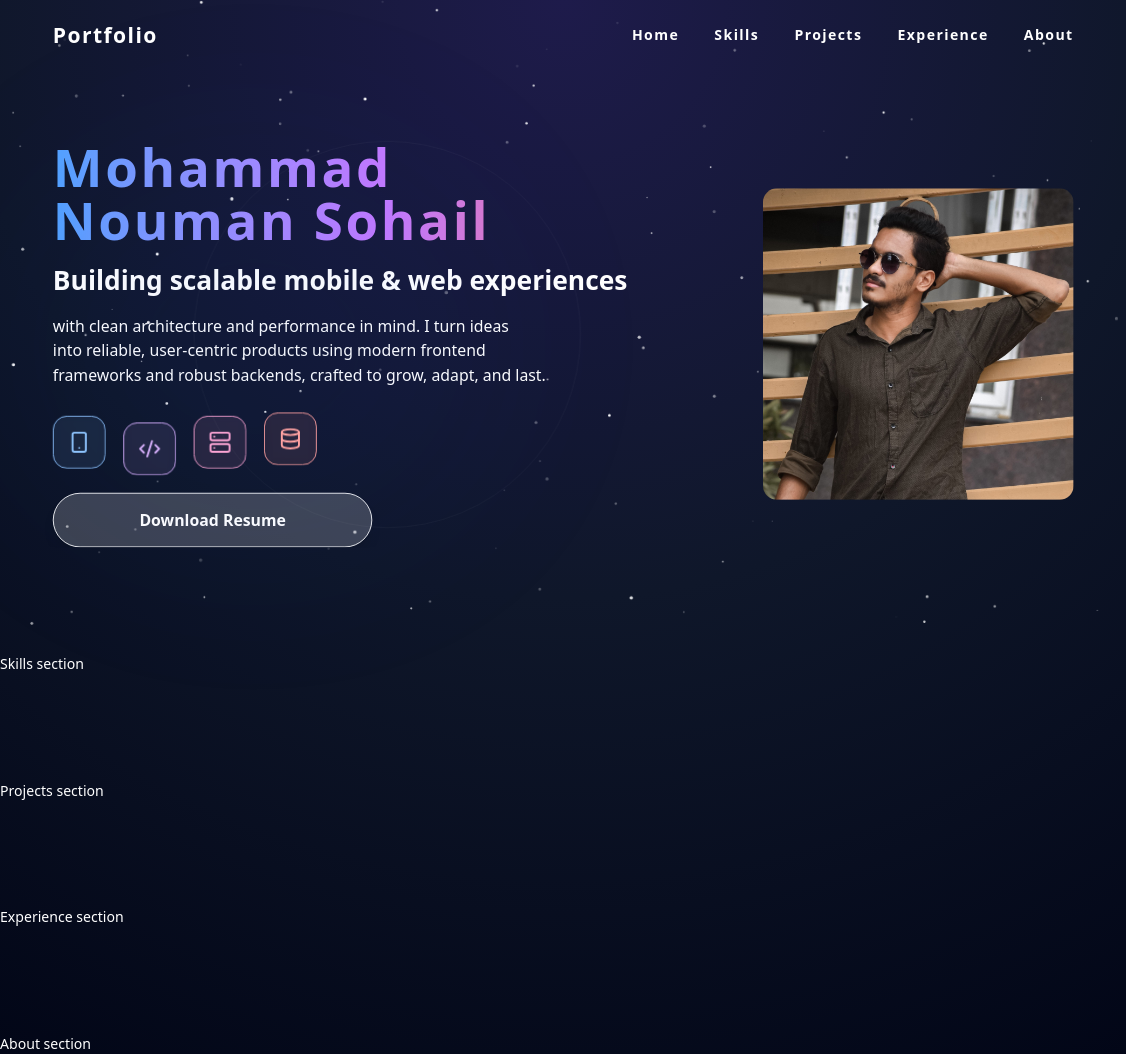
Repository: NoumanSohail/Nouman-Sohail-Portfolio
Page: /
The author's editor kept a copy of each file at every save. The page is drawn from the files as they stood at one save, then again after the next save.
The browser window is 1280 px wide. The pictures show the whole page, at 88% of full size.
The project was rebuilt for these pictures with package versions that can differ from the ones it lists, and the page was loaded fresh each time. The framework's server and built-in components were replaced by stand-ins that run in the browser. Also part of the build but not shown: next.config.ts.

Above is the page before, as saved 2026-01-24 21:36:22.

### app/layout.tsx
import type { Metadata } from "next";
import { Geist, Geist_Mono } from "next/font/google";
import "./globals.css";
import Navbar from "./components/header/Navbar";
import StarBackground from "./components/ui/StarBackground";

const geistSans = Geist({
  variable: "--font-geist-sans",
  subsets: ["latin"],
});

const geistMono = Geist_Mono({
  variable: "--font-geist-mono",
  subsets: ["latin"],
});

export const metadata: Metadata = {
  title: "Create Next App",
  description: "Generated by create next app",
};

export default function RootLayout({
  children,
}: Readonly<{
  children: React.ReactNode;
}>) {
  return (
    <html lang="en">
      <body
        className={`${geistSans.variable} ${geistMono.variable} antialiased`}
      >
        <StarBackground />
        <Navbar />
        {children}
      </body>
    </html>
  );
}

### app/page.tsx
import React from 'react'
import Hero from './components/sections/Hero'
import Skills from './components/sections/Skills'
import Projects from './components/sections/Projects'
import Experience from './components/sections/Experience'
import About from './components/sections/About'

const page = () => {
  return (
    <div>
      <Hero />
      <Skills />
      <Projects />
      <Experience />
      <About />
    </div>
  )
}

export default page

### app/globals.css
@import "tailwindcss";

html {
  scroll-behavior: smooth;
}

body {
  overflow-x: hidden;
  position: relative;
  background: radial-gradient(circle at 50% 0%, #1e1b4b, #0f172a, #020617);
  min-height: 100vh;
}

### app/components/header/Navbar.tsx
"use client";

import { useEffect, useState } from "react";
import { navLinks } from "@/app/data";
import Link from "next/link";
import { Menu, X } from "lucide-react";

const Navbar = () => {
  const [isScrolled, setIsScrolled] = useState(false);
  const [menuOpen, setMenuOpen] = useState(false);

  useEffect(() => {
    const handleScroll = () => setIsScrolled(window.scrollY > 20);
    window.addEventListener("scroll", handleScroll);
    return () => window.removeEventListener("scroll", handleScroll);
  }, []);

  return (
    <header
      className={`fixed top-0 left-0 right-0 z-50 transition-all ${
        isScrolled
          ? "bg-transparent backdrop-blur-md border-b border-white/20 shadow-lg py-3"
          : "bg-transparent py-6"
      }`}
    >
      <div className="w-full mx-auto max-w-384 flex items-center justify-between px-5 md:px-10 lg:px-15 text-white tracking-widest">
        <h1 className="font-bold text-2xl">Portfolio</h1>

        {/* large displays like laptops */}
        <nav className="hidden lg:flex">
          {navLinks.map((links) => (
            <div key={links.name} className="flex ml-10 font-semibold">
              <Link href={links.id}>{links.name}</Link>
            </div>
          ))}
        </nav>

        {/* Mobile Hamburger */}
        <div className="lg:hidden flex items-center justify-center">
          <button
            onClick={() => setMenuOpen(!menuOpen)}
            className="text-zinc-400"
          >
            <Menu size={30} />
          </button>
        </div>

        {menuOpen && (
          <div className="fixed inset-0 h-screen flex justify-end bg-black/40 backdrop-blur-sm">
            <div className="relative h-full w-[60%] bg-[#0f172a] text-white flex items-center transition-transform duration-300 translate-x-0">
              <button
                onClick={() => setMenuOpen(false)}
                className={`absolute top right-5 md:right-10 text-white ${isScrolled ? "top-3" : "top-6"}`}
              >
                <X size={30} />
              </button>

              <nav className="flex flex-col p-10 gap-10 mt-20">
                {navLinks.map((links) => (
                  <Link
                    key={links.name}
                    href={links.id}
                    onClick={() => setMenuOpen(false)}
                    className="font-semibold"
                  >
                    {links.name}
                  </Link>
                ))}
              </nav>
            </div>
          </div>
        )}
      </div>
    </header>
  );
};

export default Navbar;

### app/components/ui/StarBackground.tsx
"use client";

import { useEffect, useRef } from "react";

const StarBackground = () => {
  const canvasRef = useRef<HTMLCanvasElement | null>(null);

  useEffect(() => {
    const canvas = canvasRef.current;
    if (!canvas) return;

    const ctx = canvas.getContext("2d");
    if (!ctx) return;

    let stars: any[] = [];
    const STAR_COUNT = 120;

    const resize = () => {
      canvas.width = window.innerWidth;
      canvas.height = window.innerHeight;
    };

    resize();
    window.addEventListener("resize", resize);

    // Create stars
    stars = Array.from({ length: STAR_COUNT }).map(() => ({
      x: Math.random() * canvas.width,
      y: Math.random() * canvas.height,
      radius: Math.random() * 1.5 + 0.5,
      speed: Math.random() * 0.3 + 0.1,
      opacity: Math.random(),
    }));

    const animate = () => {
      ctx.clearRect(0, 0, canvas.width, canvas.height);

      stars.forEach((star) => {
        star.y += star.speed;
        if (star.y > canvas.height) {
          star.y = 0;
          star.x = Math.random() * canvas.width;
        }

        ctx.beginPath();
        ctx.arc(star.x, star.y, star.radius, 0, Math.PI * 2);
        ctx.fillStyle = `rgba(255,255,255,${star.opacity})`;
        ctx.fill();
      });

      requestAnimationFrame(animate);
    };

    animate();

    return () => window.removeEventListener("resize", resize);
  }, []);

  return (
    <canvas
      ref={canvasRef}
      className="fixed inset-0 pointer-events-none -z-10"
    />
  );
};

export default StarBackground;

### app/components/sections/Hero.tsx
"use client";

import { personaldetails } from "@/app/data";
import Image from "next/image";
import me from "@/public/images/me.jpg";
import { Code2, Database, Server, Smartphone } from "lucide-react";
import { motion } from "framer-motion";
import Button from "../ui/Button";

const Hero = () => {
  return (
    <section
      id="home"
      className="scroll-mt-40 w-full mx-auto max-w-384 px-5 md:px-10 lg:px-15 text-white mt-30 xl:mt-40 overflow-hidden"
    >
      {/* Central Glowing Orb */}
      <div
        className="absolute hidden lg:block lg:left-55 xl:left-0 w-[45%] h-[45%] bg-blue-700/50 rounded-full
          blur-[120px] opacity-10 animate-pulse [animation-delay:2000ms] z-0
        "
      />

      {/* Orbiting Elements */}
      <div
        className="absolute hidden lg:block left-55 w-110 h-110 border border-white/5 rounded-full
          animate-spin [animation-duration:20s] z-10
        "
      />

      <div className="flex flex-col lg:flex-row items-center justify-center gap-7 lg:gap-20 text-center lg:text-start">
        <div className="flex flex-col gap-5">
          <motion.div
            initial={{ x: -100, opacity: 0 }}
            whileInView={{ x: 0, opacity: 1 }}
            viewport={{ once: false, amount: 0.5 }}
            transition={{ duration: 0.5, ease: "easeOut" }}
            className="flex flex-col gap-5"
          >
            <h1 className="font-black text-4xl lg:text-5xl xl:text-6xl tracking-wider text-balance text-transparent bg-clip-text bg-linear-to-r from-blue-400 via-purple-400 to-red-400">
              {personaldetails.name}
            </h1>
            <h2 className="font-semibold text-2xl lg:text-3xl">
              {personaldetails.tagline}
            </h2>
            <p className="lg:text-lg lg:text-balance">
              {personaldetails.statement}
            </p>
          </motion.div>

          <motion.div
            initial={{ scale: 0.8, opacity: 0 }}
            whileInView={{ scale: 1, opacity: 1 }}
            viewport={{ once: false, amount: 0.5 }}
            transition={{
              duration: 0.5,
              ease: "easeOut",
            }}
            className="flex flex-col gap-5 mt-5 items-center justify-center lg:items-start lg:justify-start"
          >
            <div className="flex gap-5">
              <Smartphone
                size={60}
                className="p-4 border rounded-2xl backdrop-blur-xs bg-blue-300/10 hover:scale-110
                        border-blue-300  hover:border-blue-300 text-blue-300 hover:text-blue-300
                        transition-all duration-300 animate-bounce [animation-delay:0ms]"
              />
              <Code2
                size={60}
                className="p-4 border rounded-2xl backdrop-blur-xs bg-purple-300/10 hover:scale-110
                        border-purple-300 hover:border-purple-300 text-purple-300 hover:text-purple-300
                        transition-all duration-300 animate-bounce [animation-delay:100ms]"
              />
              <Server
                size={60}
                className="p-4 border rounded-2xl backdrop-blur-xs bg-pink-300/10 hover:scale-110
                        border-pink-300 hover:border-pink-300 text-pink-300 hover:text-pink-300
                        transition-all duration-300 animate-bounce [animation-delay:200ms]"
              />
              <Database
                size={60}
                className="p-4 border rounded-2xl backdrop-blur-xs bg-red-300/10 hover:scale-110
                        border-red-300 hover:border-red-300 text-red-300 hover:text-red-300
                        transition-all duration-300 animate-bounce [animation-delay:300ms]"
              />
            </div>

            <Button title="Download Resume" onClick={() => {}} className="border border-white-300 bg-white/20 p-4 w-[70%] lg:w-[50%] rounded-full md:text-lg" />
          </motion.div>
        </div>

        <motion.div
          initial={{ x: 100, opacity: 0 }}
          whileInView={{ x: 0, opacity: 1 }}
          viewport={{ once: false, amount: 0.3 }}
          transition={{ duration: 0.5, ease: "easeOut" }}
        >
          <Image
            src={me}
            alt={personaldetails.name}
            height={350}
            width={350}
            className="rounded-2xl lg:h-3xl lg:w-3xl"
          />
        </motion.div>
      </div>
    </section>
  );
};

export default Hero;

### app/components/sections/Skills.tsx

const Skills = () => {
  return (
    <section id="skills" className="h-fit">
      <div className="text-white pt-30">Skills section</div>
    </section>
  );
};

export default Skills;

### app/components/sections/Projects.tsx

const Projects = () => {
  return (
    <section id="projects" className="h-fit">
      <div className="text-white pt-30">Projects section</div>
    </section>
  )
}

export default Projects

### app/components/sections/Experience.tsx

const Experience = () => {
  return (
    <section id="experience" className="h-fit">
      <div className="text-white pt-30">Experience section</div>
    </section>
  );
};

export default Experience;

### app/components/sections/About.tsx

const About = () => {
  return (
    <section id="about" className="h-fit">
      <div className="text-white pt-30">About section</div>
    </section>
  )
}

export default About

### app/data.tsx
export const navLinks = [
  { name: "Home", id: "/#home" },
  { name: "Skills", id: "/#skills" },
  { name: "Projects", id: "/#projects" },
  { name: "Experience", id: "/#experience" },
  { name: "About", id: "/#about" },
];

export const personaldetails = {
  name: "Mohammad Nouman Sohail",
  role: "Full Stack Mobile & Web Developer",
  tagline: "Building scalable mobile & web experiences",
  statement:
    "with clean architecture and performance in mind. I turn ideas into reliable, user-centric products using modern frontend frameworks and robust backends, crafted to grow, adapt, and last.",
};

### app/components/ui/Button.tsx
import { ReactNode } from "react";

interface ButtonProps {
  title: string;
  onClick: () => void;
  type?: "button" | "submit";
  disabled?: boolean;

  /* 🔹 Optional Icon */
  icon?: ReactNode;
  iconPosition?: "left" | "right";

  /* 🔹 External Styles */
  className?: string;
}

const Button = ({
  title,
  onClick,
  type = "button",
  disabled = false,
  icon,
  iconPosition = "left",
  className = "",
}: ButtonProps) => {
  return (
    <button
      type={type}
      onClick={!disabled ? onClick : undefined}
      disabled={disabled}
      className={`
        group
        font-semibold shadow-lg
        transition-all transform
        flex items-center justify-center gap-2
        duration-300
        ${
          disabled
            ? "bg-gray-300 text-white cursor-not-allowed opacity-70 transition-all duration-300"
            : "text-white hover:bg-gray-300 hover:scale-105 cursor-pointer transition-all duration-300"
        }

        ${className}
      `}
    >
      {/* ICON LEFT */}
      {icon && iconPosition === "left" && (
        <span className="button-icon flex items-center">{icon}</span>
      )}

      <span>{title}</span>

      {/* ICON RIGHT */}
      {icon && iconPosition === "right" && (
        <span className="button-icon flex items-center">{icon}</span>
      )}
    </button>
  );
};

export default Button;

After the next save:
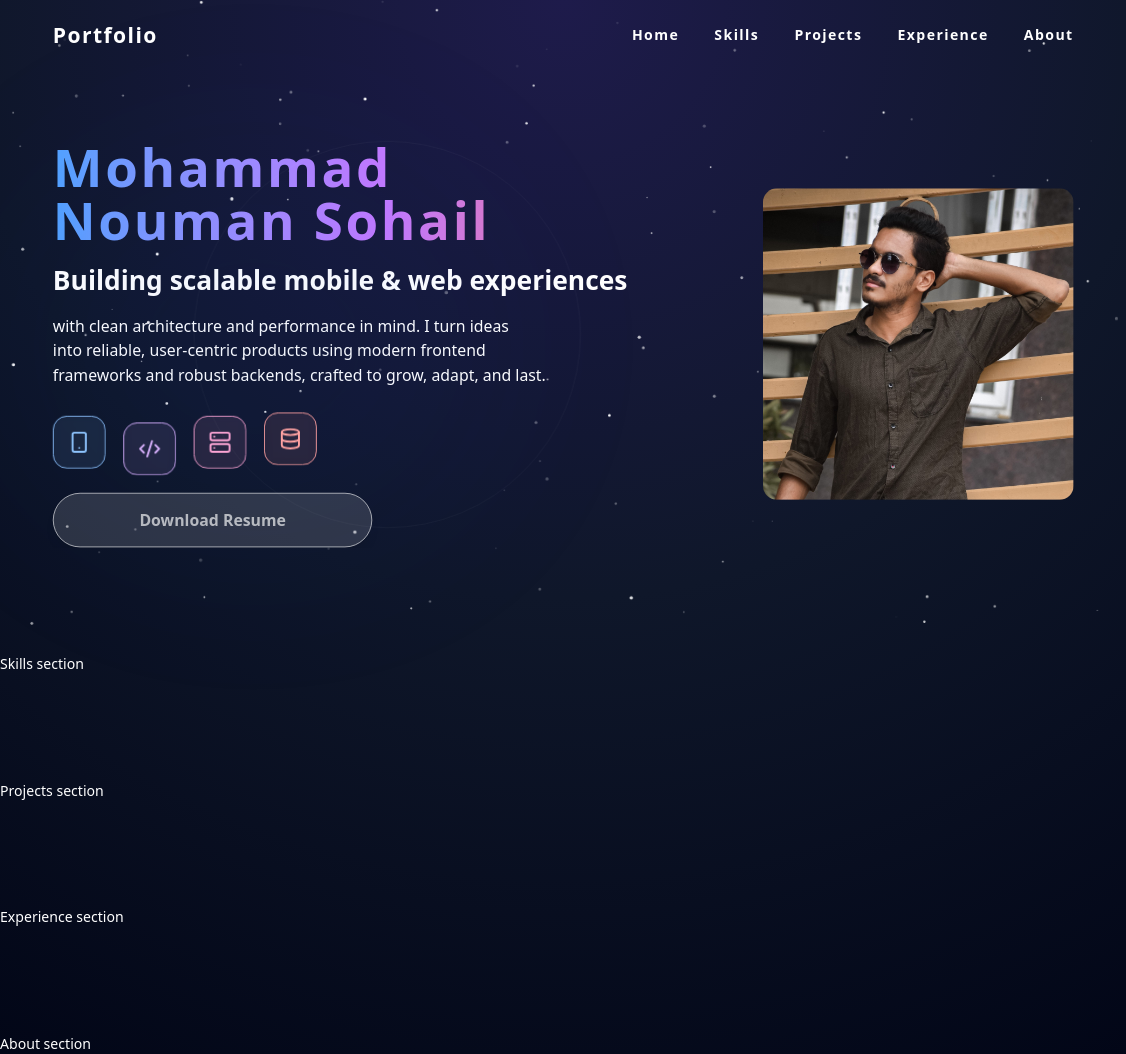
Saved 86 s later.
--- a/app/components/sections/Hero.tsx
+++ b/app/components/sections/Hero.tsx
@@ -84,7 +84,12 @@
               />
             </div>
 
-            <Button title="Download Resume" onClick={() => {}} className="border border-white-300 bg-white/20 p-4 w-[70%] lg:w-[50%] rounded-full md:text-lg" />
+            <Button
+              title="Download Resume"
+              onClick={() => {}}
+              className="border border-white-300 bg-white/20 p-4 w-[70%] lg:w-[50%] rounded-full md:text-lg"
+              disabled={true}
+            />
           </motion.div>
         </div>
 

After the save that followed:
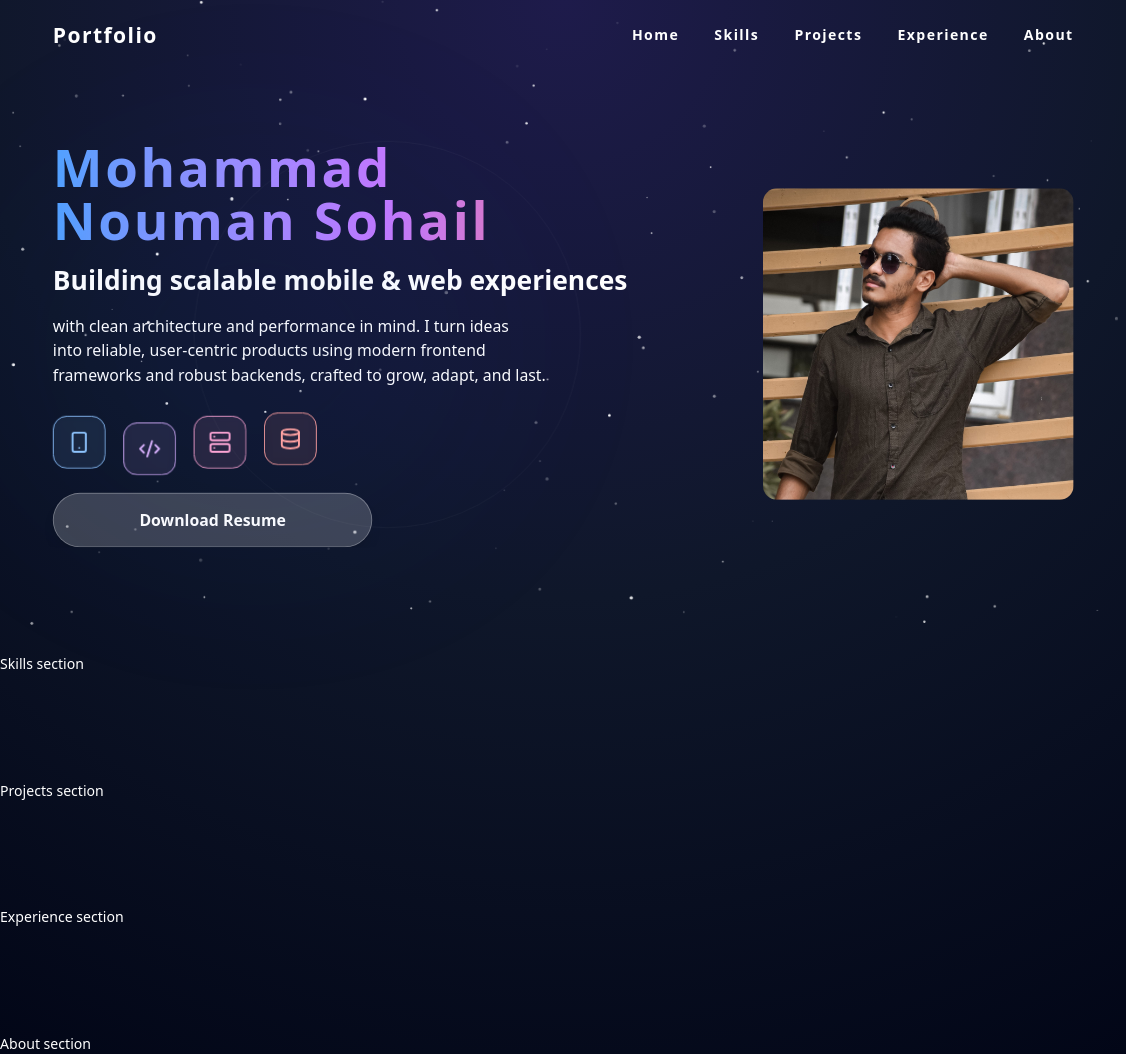
Saved 2 min 4 s later.
--- a/app/components/sections/Hero.tsx
+++ b/app/components/sections/Hero.tsx
@@ -86,9 +86,8 @@
 
             <Button
               title="Download Resume"
-              onClick={() => {}}
-              className="border border-white-300 bg-white/20 p-4 w-[70%] lg:w-[50%] rounded-full md:text-lg"
-              disabled={true}
+              onClick={() => console.log("Download")}
+              className="border border-white/30 bg-white/20 p-4 w-[70%] lg:w-[50%] rounded-full md:text-lg"
             />
           </motion.div>
         </div>
